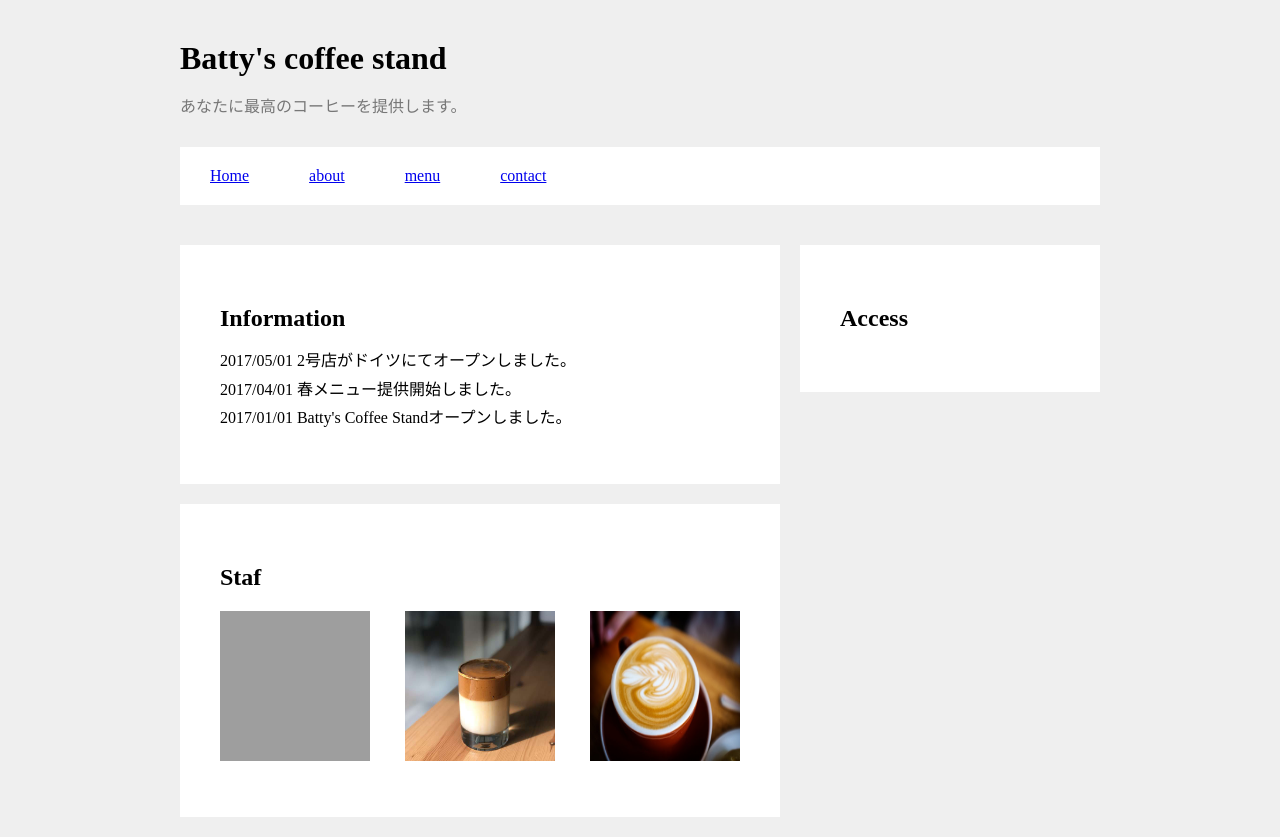
Repository: ayainokuchi/php_practice
Page: html/batty_coffee_stand/index.html
The author's editor kept a record of every edit. The page is drawn from the files as they stood at one moment, then again after the next edit.
The browser window is 1280 px wide. The pictures show the whole page.
Pictures or frames that could not be fetched are drawn as grey boxes.

Above is the page before.

After the next edit:
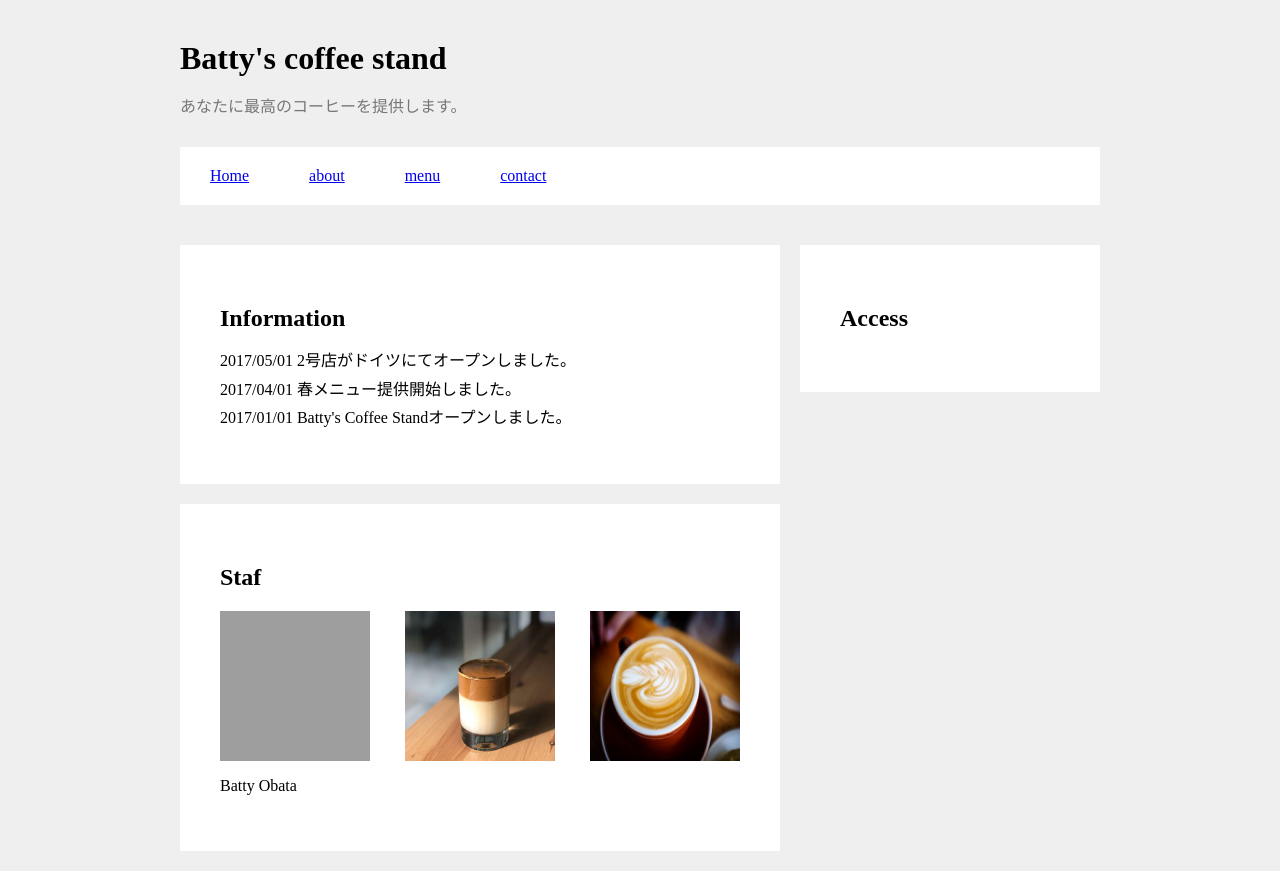
The edit:
--- a/html/batty_coffee_stand/index.html
+++ b/html/batty_coffee_stand/index.html
@@ -38,7 +38,7 @@
                 <div class="staff-list-area">
                     <div class="staff-list">
                         <img src="./image/coffee1.jpeg" class="staff-image">
-                        <p></p>
+                        <p>Batty Obata</p>
                     </div>
                     <div class="staff-list">
                         <img src="./image/coffee2.jpeg" class="staff-image">
